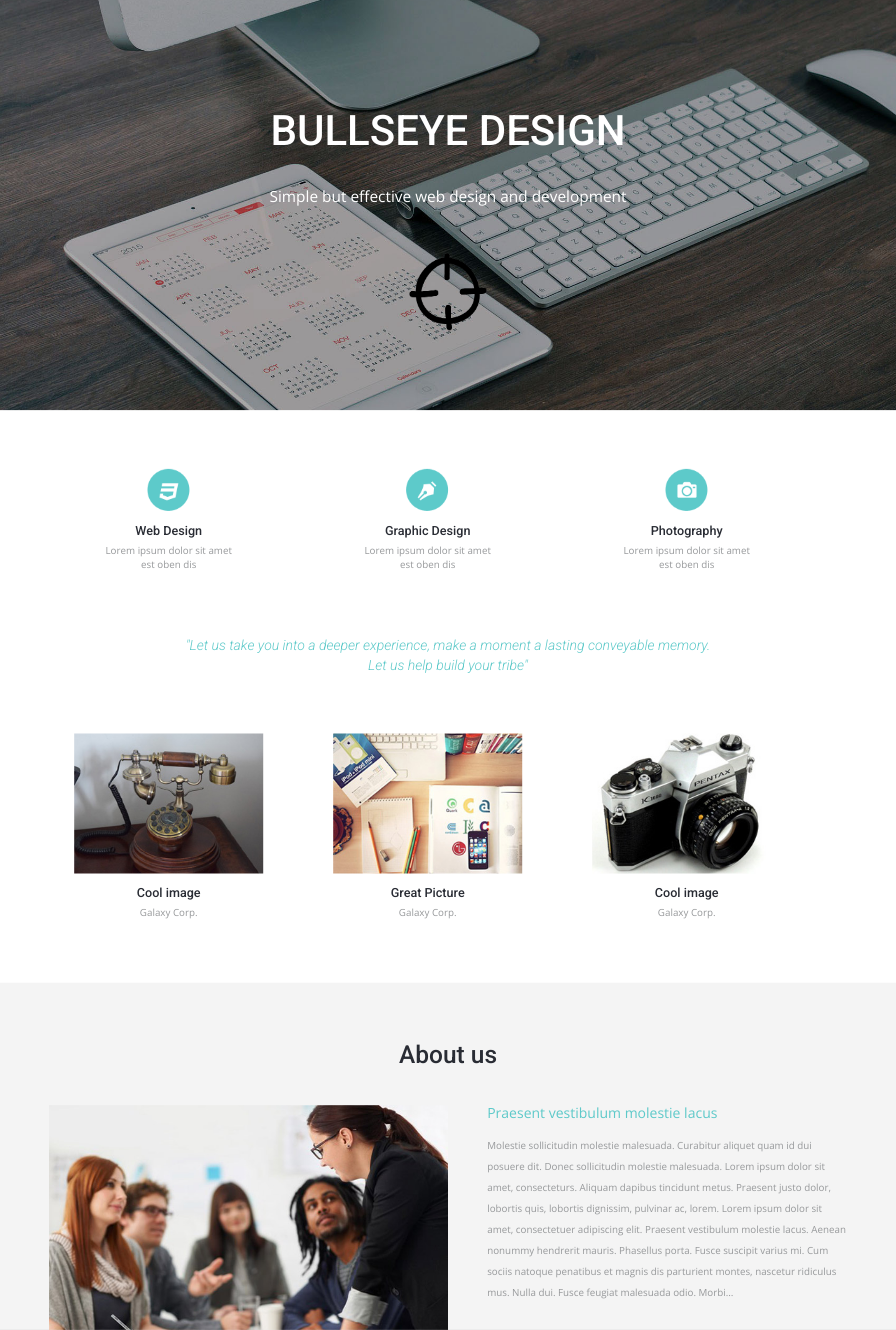
Repository: bullseyebill/bullseye_web
Page: index.html
The author's editor kept a record of every edit. The page is drawn from the files as they stood at one moment, then again after the next edit.
The browser window is 1280 px wide. The pictures show the part of the page from y = 87 to 1987 px (the page is 4548 px tall before and 4601 px after), at 70% of full size.
Pictures or frames that could not be fetched are drawn as grey boxes.

Above is the page before.

After the next edit:
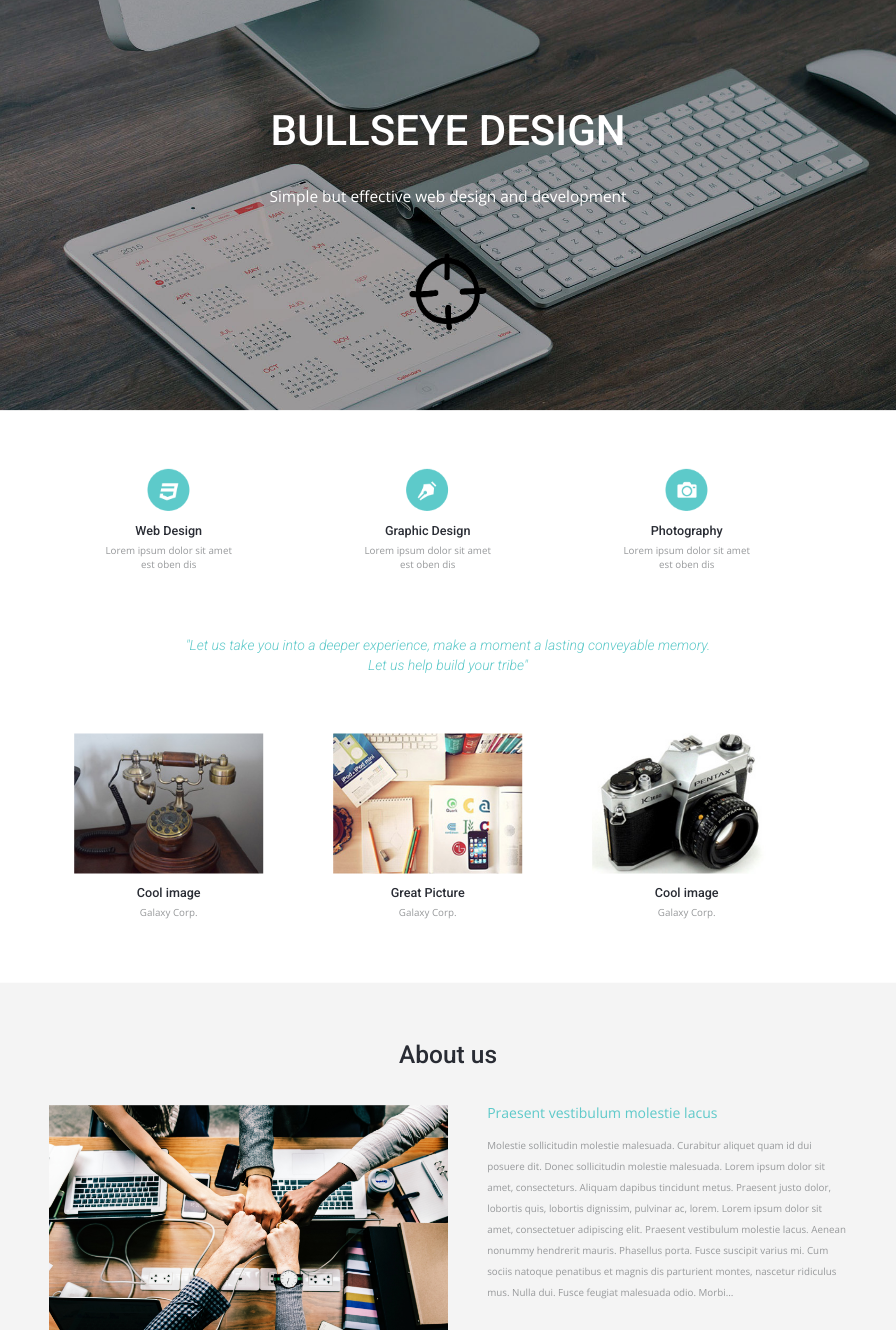
The edit:
--- a/index.html
+++ b/index.html
@@ -130,7 +130,7 @@
 	<div class="container">
 		<h4>About us</h4>
 		<div class="group">
-			<img src="images/h.jpg" alt=" " />
+			<img src="images/bump.jpg" alt="team fist bump" />
 		</div>
 		<div class="group-text">
 			<h3> Praesent vestibulum molestie lacus</h3>
